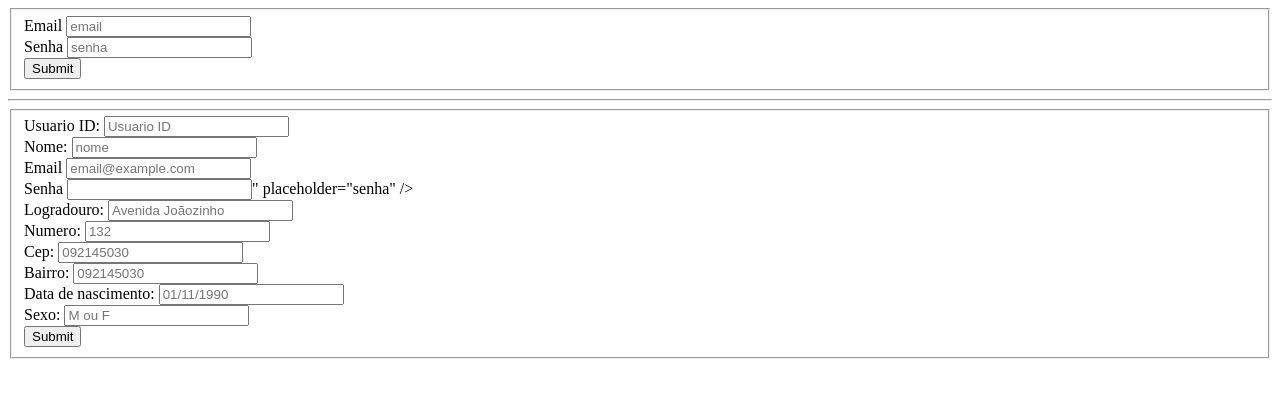
Repository: moises2112/Projetos
Page: http://localhost/Dog/LoginController.do?action=logar
An editor plug-in stored every save of this project. The page is shown before and after the next save, followed by the edit.
The browser window is 1280 px wide. The pictures show the whole page.
The page is served by Tomcat 9. Other server files are loaded and not shown.

Above is the page before, as saved 2017-06-09 00:31:14.

### Dog/WebContent/login.jsp

<%@ page language="java" contentType="text/html; charset=ISO-8859-1"
	pageEncoding="ISO-8859-1"%>
<%@ taglib uri="http://java.sun.com/jsp/jstl/core" prefix="c"%>
<!DOCTYPE HTML>
<html>
<head>
<meta http-equiv="Content-Type" content="text/html; charset=ISO-8859-1">

<title>Bem vindo ao Tindog</title>
</head>
<body>
	<form action="LoginController.do" method="post">
		<fieldset>
			<div>
				<label for="email">Email</label> <input type="text" name="email"
					placeholder="email" />
			</div>
			<div>
				<label for="senha">Senha</label> <input type="password" name="senha"
					placeholder="senha" />
			</div>
			<div>
				<input type="submit" value="Submit" />
			</div>
		</fieldset>
	</form>
	<label><c:out value="${erroAoLogar}" /></label>
	<hr>
	<form action="UsuarioController.do?action=inserir" method="post">
		<fieldset>
			<div>
				<label for="usuarioId">Usuario ID:</label> <input type="text"
					name="usuarioId" placeholder="Usuario ID" />
			</div>
			<div>
				<label for="nome">Nome:</label> <input type="text" name="nome"
					placeholder="nome" />
			</div>
			<div>
				<label for="email">Email</label> <input type="text" name="email"
					placeholder="email@example.com" />
			</div>
			<div>
				<label for="senha">Senha</label> <input type="password" name="senha" />"
				placeholder="senha" />
			</div>
			<div>
				<label for="logradouro">Logradouro:</label> <input type="text"
					name="logradouro" placeholder="Avenida Joãozinho" />
			</div>
			<div>
				<label for="numero">Numero:</label> <input type="text" name="numero"
					placeholder="132" />
			</div>
			<div>
				<label for="cep">Cep:</label> <input type="text" name="cep"
					placeholder="092145030" />
			</div>
			<div>
				<label for="bairro">Bairro:</label> <input type="text" name="bairro"
					placeholder="092145030" />
			</div>
			<div>
				<label for="dataNascimento">Data de nascimento:</label> <input
					type="text" name="dataNascimento" placeholder="01/11/1990" />
			</div>
			<div>
				<label for="sexo">Sexo:</label> <input type="text" name="sexo"
					placeholder="M ou F" />
			</div>

			<div>
				<input type="submit" value="Submit" />
			</div>
		</fieldset>
	</form>


</body>
</html>

### Dog/src/br/com/dog/controller/LoginController.java
package br.com.dog.controller;

import java.io.IOException;

import java.sql.SQLException;

import javax.servlet.RequestDispatcher;
import javax.servlet.ServletConfig;
import javax.servlet.ServletException;
import javax.servlet.annotation.WebServlet;
import javax.servlet.http.HttpServlet;
import javax.servlet.http.HttpServletRequest;
import javax.servlet.http.HttpServletResponse;
import javax.servlet.http.HttpSession;
import br.com.dog.controller.util.NavegacaoUtil;
import br.com.dog.model.dao.CachorroDAO;
import br.com.dog.model.dao.UsuarioDAO;
import br.com.dog.model.dao.impl.jdbc.CachorroDao;
import br.com.dog.model.dao.impl.jdbc.UsuarioDao;
import br.com.dog.model.entity.Usuario;

/**
 * Servlet implementation class LoginController
 */
@WebServlet("/LoginController.do")
public class LoginController extends HttpServlet {
	private static final long serialVersionUID = 1L;

	/**
	 * Default constructor.
	 */

	/**
	 * @see HttpServlet#doGet(HttpServletRequest request, HttpServletResponse
	 *      response)
	 */
	protected void doGet(HttpServletRequest request, HttpServletResponse response)
			throws ServletException, IOException {

		RequestDispatcher view = request.getRequestDispatcher(NavegacaoUtil.LOGIN);
		view.forward(request, response);
	}

	/**
	 * @see HttpServlet#doPost(HttpServletRequest request, HttpServletResponse
	 *      response)
	 */
	protected void doPost(HttpServletRequest request, HttpServletResponse response)
			throws ServletException, IOException {
		String action = request.getParameter("action");
		RequestDispatcher view = null;
		if (action.equalsIgnoreCase("logar")) {
			UsuarioDAO userDAO = new UsuarioDao();

			String senhaDaTela = request.getParameter("senha");
			String emailDaTela = request.getParameter("email");

			Usuario usuario = null;

			try {
				// erro esta na linha abaixo
				usuario = userDAO.buscarLoginSenha(senhaDaTela, emailDaTela);

			} catch (SQLException e) {
				// TODO Auto-generated catch block
				e.printStackTrace();
			}

			if (usuario != null) {
				view = request.getRequestDispatcher(NavegacaoUtil.HOME);

				request.setAttribute("usuarioLogado", usuario);

				CachorroDAO dogDAO = new CachorroDao();
				try {
					request.setAttribute("myDogs", dogDAO.buscaPorUsuario(usuario));
				} catch (SQLException e) {
					// TODO Auto-generated catch block
					e.printStackTrace();
				}
				// HttpSession session = request.getSession();
				// session.setAttribute("usuario", usuario);
			} else {
				view = request.getRequestDispatcher(NavegacaoUtil.LOGIN);
				request.setAttribute("erroAoLogar", "Usuario ou senha inválido");
			}
		} else if (action.equalsIgnoreCase("logout")) {
			view = request.getRequestDispatcher(NavegacaoUtil.LOGIN);
			request.removeAttribute("usuarioLogado");
		}
		view.forward(request, response);
	}
}

After the next save:
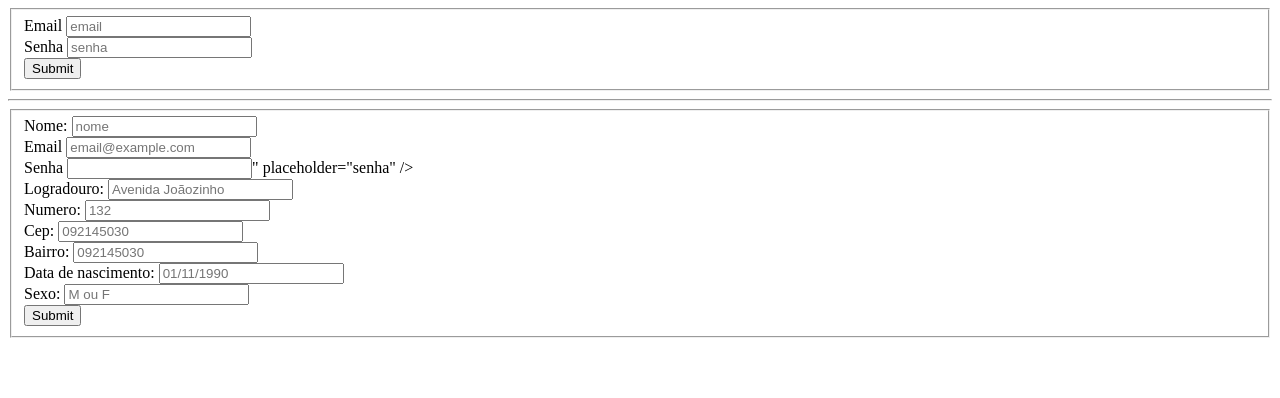
Saved 6 min 11 s later.
--- a/Dog/WebContent/login.jsp
+++ b/Dog/WebContent/login.jsp
@@ -29,10 +29,7 @@
 	<hr>
 	<form action="UsuarioController.do?action=inserir" method="post">
 		<fieldset>
-			<div>
-				<label for="usuarioId">Usuario ID:</label> <input type="text"
-					name="usuarioId" placeholder="Usuario ID" />
-			</div>
+
 			<div>
 				<label for="nome">Nome:</label> <input type="text" name="nome"
 					placeholder="nome" />
